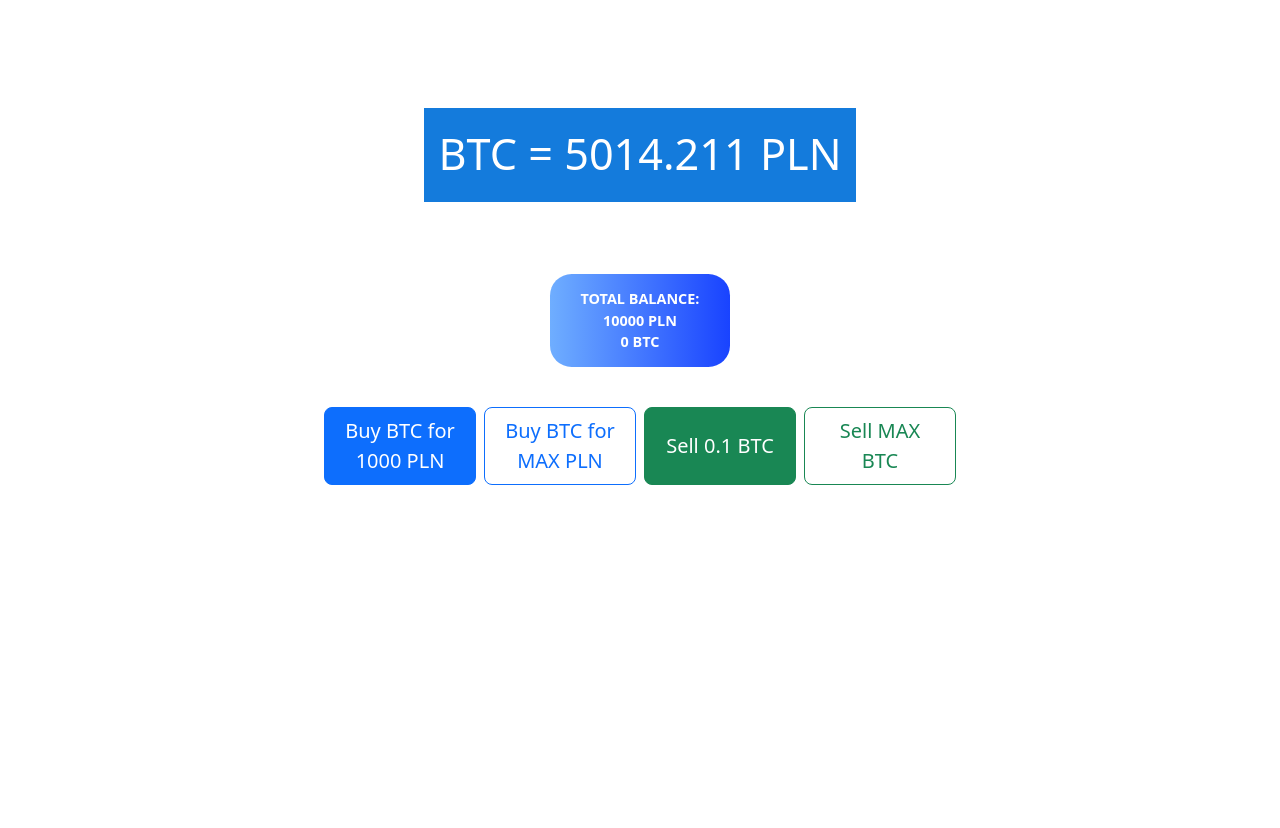
Repository: michalgornicki/bitcoin-virtual
Page: /
The author's editor kept a copy of each file at every save. The page is drawn from the files as they stood at one save, then again after a run of saves.
The browser window is 1280 px wide. The pictures show the whole page.
The project was rebuilt for these pictures with package versions that can differ from the ones it lists, and the page was loaded fresh each time.

Above is the page before, as saved 2021-12-05 22:54:58.

### src/App.jsx
import React, { useState, useEffect } from "react";
import "./App.css";
import Button from "react-bootstrap/Button";
import "bootstrap/dist/css/bootstrap.min.css";

function App() {
  const [bitcoinPrice, setBitcoinPrice] = useState(5000);
  const [accountPLN, setAccountPLN] = useState(10000);
  const [accountBTC, setAccountBTC] = useState(0);

  const bitcoin = () => {
    let randomNumber = parseFloat((Math.random() * 20 - 10).toFixed(3));
    setBitcoinPrice((bitcoinPrice) =>
      parseFloat((bitcoinPrice + randomNumber).toFixed(3))
    );
    console.log(bitcoinPrice);

    setTimeout(bitcoin, 1000);
  };

  const buyBitcoin = () => {
    if (accountPLN >= 1000) {
      setAccountPLN(accountPLN - 1000);
      setAccountBTC((accountBTC) =>
        parseFloat((accountBTC + 1000 / bitcoinPrice).toFixed(6))
      );
      console.log(accountBTC);
    } else {
      setAccountPLN(0);
      setAccountBTC((accountBTC) =>
        parseFloat((accountBTC + accountPLN / bitcoinPrice).toFixed(6))
      );
    }
  };

  const buyMAXBitcoin = () => {
      setAccountPLN(0);
      setAccountBTC((accountBTC) =>
        parseFloat((accountBTC + accountPLN/bitcoinPrice).toFixed(6))
      );
      console.log(accountBTC);
  };

  const sellBitcoin = () => {
    if (accountBTC >= 0.1) {
      setAccountPLN(parseFloat((accountPLN + bitcoinPrice / 10).toFixed(6)));
      setAccountBTC((accountBTC) => parseFloat((accountBTC - 0.1).toFixed(6)));
      console.log(accountBTC);
    } else {
      setAccountPLN(
        parseFloat((accountPLN + bitcoinPrice * accountBTC).toFixed(6))
      );
      setAccountBTC((accountBTC) => parseFloat((0).toFixed(6)));
    }
  };

  const sellMAXBitcoin = () => {
      setAccountPLN(parseFloat((accountPLN + bitcoinPrice*accountBTC).toFixed(6)));
      setAccountBTC(0);
      console.log(accountBTC);
  };

  useEffect(() => {
    bitcoin();
  }, []);

  return (
    <div className="wrapper">
      <div className="price">BTC = {bitcoinPrice} PLN</div>
      <div className="account-container">
        <div className="account">TOTAL BALANCE:</div>
        <div className="account">{accountPLN} PLN</div>
        <div className="account">{accountBTC} BTC</div>
      </div>

      <div className="button-container w-50 m-auto">
        <Button variant="primary m-1 btn-lg w-50" onClick={buyBitcoin}>
          Buy BTC for 1000 PLN
        </Button>
        <Button variant="outline-primary m-1 btn-lg w-50" onClick={buyMAXBitcoin}>
          Buy BTC for MAX PLN
        </Button>
        <Button variant="success m-1 btn-lg w-50" onClick={sellBitcoin}>
          Sell 0.1 BTC
        </Button>
        <Button variant="outline-success m-1 btn-lg w-50" onClick={sellMAXBitcoin}>
          Sell MAX BTC
        </Button>
      </div>
    </div>
  );
}

export default App;

### src/App.css

body{
    font-family:'Segoe UI', Tahoma, Geneva, Verdana, sans-serif;
    user-select: none;
}

.wrapper{
    height: 100vh;
    display: block;
    margin: auto;
}

.price{
    font-size: 6vmin;
    display: block;
    margin: auto;
    margin-top: 15vmin;
    padding: 2vmin;
    text-align: center;
    width: fit-content;
    color: rgb(255, 255, 255);
    background-color: rgb(20, 123, 220);
}

.account-container{
    display: block;
    margin: auto;
    margin-top: 10vmin;
    margin-bottom: 5vmin;
    background: linear-gradient(to left, rgb(25, 67, 255), rgb(111, 174, 255));
    color: white;
    padding: 2vmin;
    border-radius: 3vmin;
    width: 14%;
}

.account{
    font-size: 2vmin;
    font-weight: 600;
    display: block;
    margin: auto;
    text-align: center;
}

.button-container{
    display: flex;
    justify-content: center;
}

.button{
    height: 10vmin;
    width: 10vmin;
    background-color: green;
    color: white;
    text-align: center;
    display: block;
    margin: 2vmin;
    margin-top: 10vmin;
    cursor: pointer;
}

Loaded but not shown: public/index.html (common file); src/index.js (common file); src/index.css (common file); src/reportWebVitals.js (common file)

After the next 5 saves:
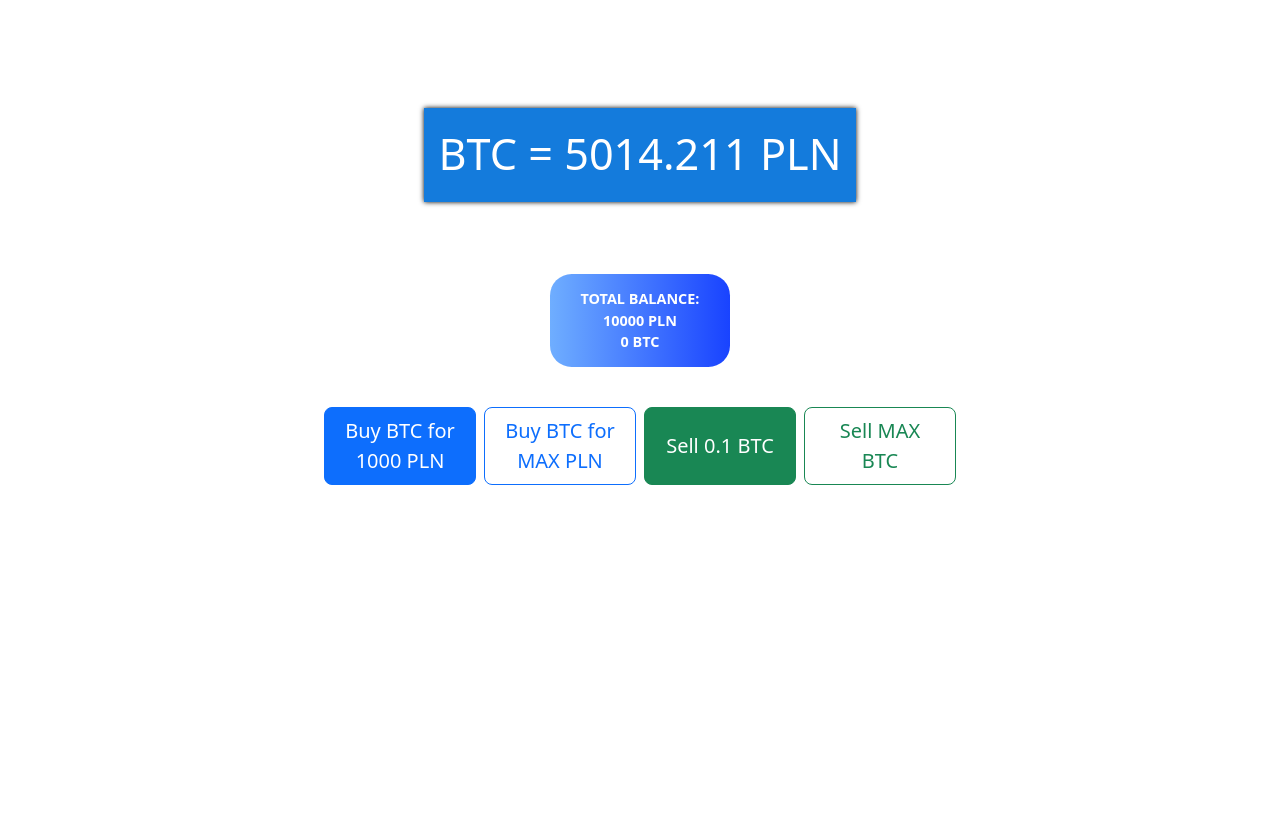
The 5 saves are shown as one change because they came seconds apart.
The last was saved 13 s later.
--- a/src/App.css
+++ b/src/App.css
@@ -20,6 +20,7 @@ body{
     width: fit-content;
     color: rgb(255, 255, 255);
     background-color: rgb(20, 123, 220);
+    box-shadow: 0px 0px 5px black;
 }
 
 .account-container{
